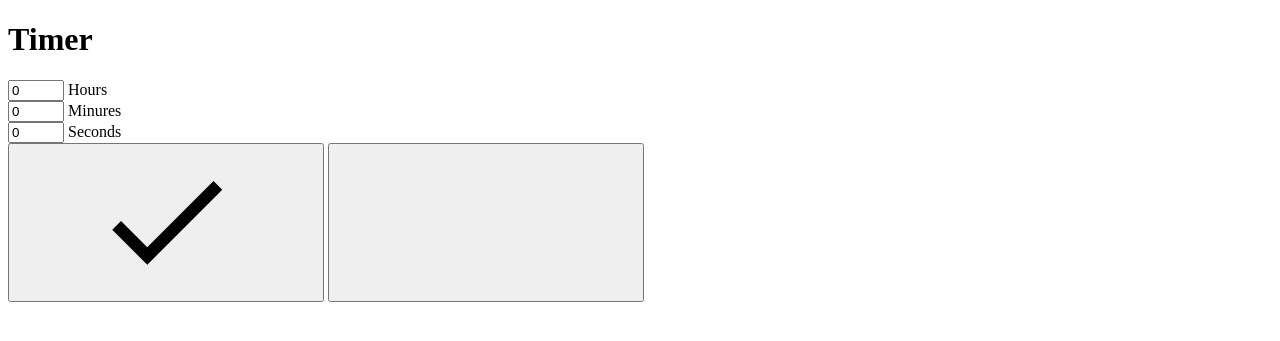
Repository: KrzysKolo/Projekt-12_Timer
Page: index.html
The author's editor kept a copy of each file at every save. The page is drawn from the files as they stood at one save, then again after the next save.
The browser window is 1280 px wide. The pictures show the whole page.

Above is the page before, as saved 2020-06-24 18:17:39.

After the next save:
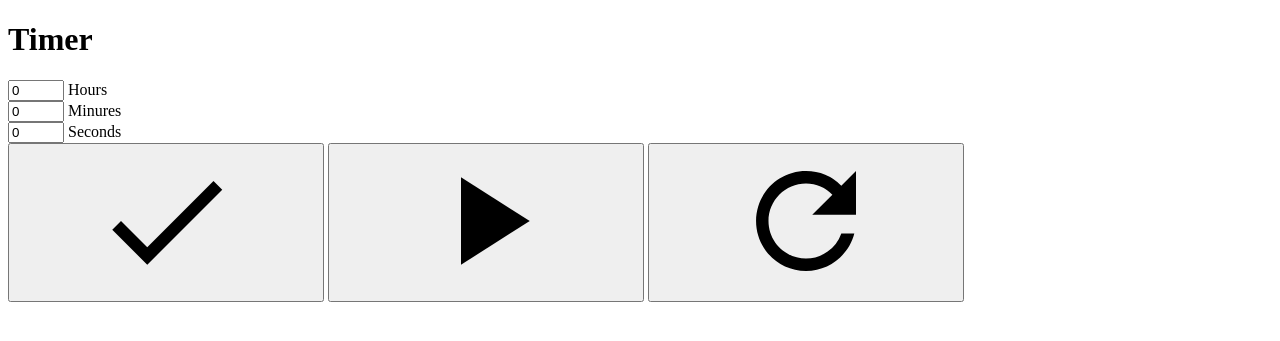
Saved 60 s later.
--- a/index.html
+++ b/index.html
@@ -67,10 +67,15 @@
         <!-- button 2 -->
         <button class="button">
           <svg class="button__icon">
-            <use xlink:href="./assets/icons/sprite.svg#play-arrow-24px"></use>
+            <use xlink:href="./assets/icons/sprite.svg#play_arrow-24px"></use>
           </svg>
         </button>
         <!-- button 3 -->
+        <button class="button">
+          <svg class="button__icon">
+            <use xlink:href="./assets/icons/sprite.svg#refresh-24px"></use>
+          </svg>
+        </button>
       </article>
     </main>
   </body>
